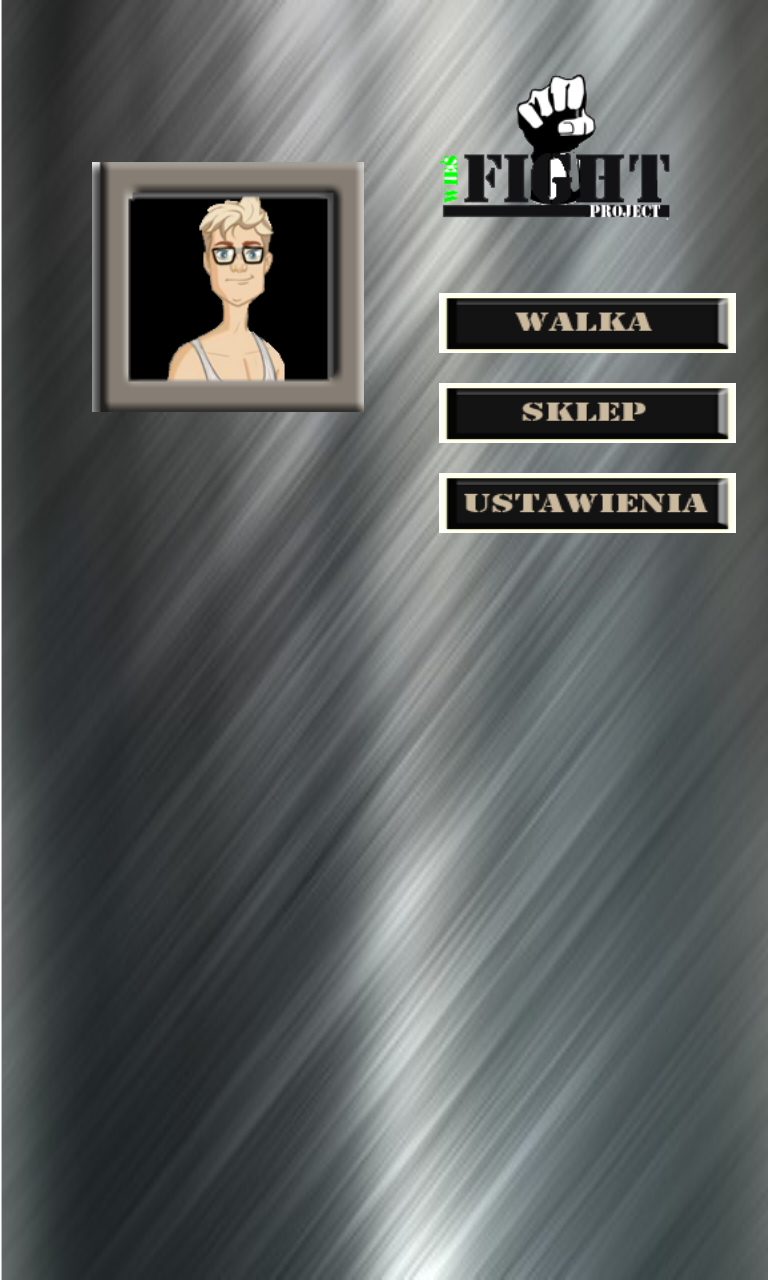
Repository: KrzysztofWolinski/WiesFight_Project
Layout: WiesFight/res/layout/activity_main.xml
An editor plug-in stored every save of this project. The layout is shown before and after the next save, followed by the edit.
It is drawn on a 768 x 1280 px phone screen (xhdpi) without system bars, with theme AppTheme; the app's code is not run.

Above is the layout before, as saved 2014-11-12 18:57:09.

After the next save:
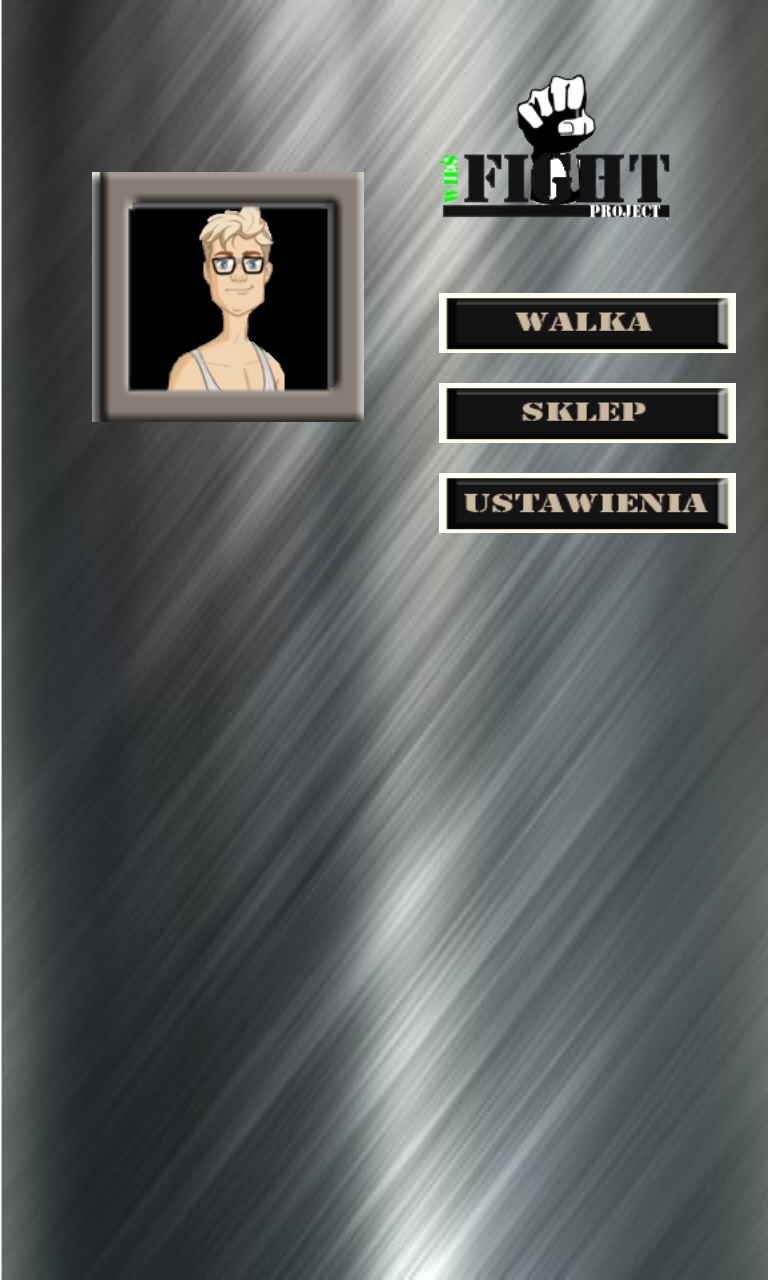
Saved 9 s later.
--- a/WiesFight/res/layout/activity_main.xml
+++ b/WiesFight/res/layout/activity_main.xml
@@ -70,7 +70,7 @@
         android:id="@+id/layoutAvatar"
 	    android:layout_width="136dp"
 	    android:layout_height="136dp"
-        android:layout_marginTop="10dp" >
+        android:layout_marginTop="15dp" >
 
 	    <ImageView
 	        android:id="@+id/imgAvatarMain"
